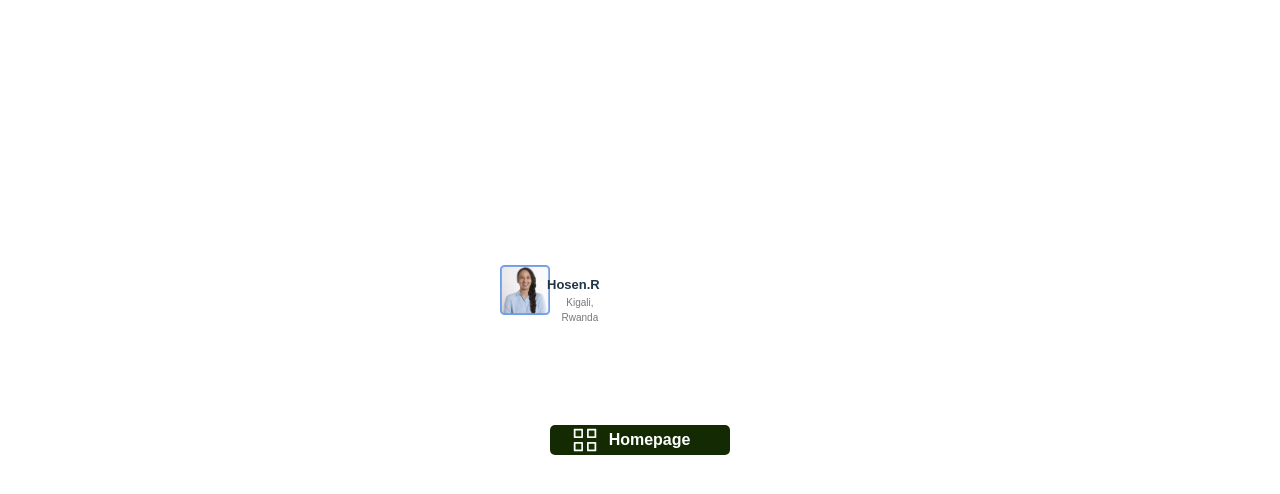
Repository: Auda-frontend/Kenshikeza
Page: /
An editor plug-in stored every save of this project. The page is shown before and after the next save, followed by the edit.
The browser window is 1280 px wide. The pictures show the whole page.
The project was rebuilt for these pictures with package versions that can differ from the ones it lists, and the page was loaded fresh each time. Also part of the build but not shown: vite.config.js.

Above is the page before, as saved 2024-01-25 09:46:51.

### src/App.jsx
import './App.css'
import SideBar from './Components/SideBar'

function App() {
  return (
    <div>
      <SideBar />
    </div>
  )
}

export default App

### src/Components/SideBar.jsx
import React from "react";
import Profile from "../assets/Rectangle 79.png";
import './SideBar.css';
import HomeIcon from "../assets/ep_menu.png";

function SideBar() {
  return (
    <div className="container">
    <div className="leftSide">
<div className="profile">
      <img src={Profile} alt="Profile photo" className="profilePhoto" />
      <div className="desc">
      <h2 className="names">Hosen.R</h2>
      <p>Kigali, Rwanda</p>
      </div>
      </div>
      <div className="homepage">
        <img src={HomeIcon} alt="Menu icon" className="homeIcon" />
        <h2>Homepage</h2>
      </div>
    </div>
    </div>
  );
}

export default SideBar;

### src/Components/SideBar.css
*{
    margin: 0;
    padding: 0;
    box-sizing: border-box;
    font-family: sans-serif;
}
.container{
    padding: 0;
}
.leftSide{
    display: flex;
    max-width: 25%;
    max-height: 100%;
    flex-direction: column;
    gap: 100px;
}
.leftSide .profilePhoto{
    float: left;
    width: 50px;
    height: 50px;
    margin-left: -50px;
    margin-right: 10px;
}
.profile{
    display: flex;
    flex-direction: row;
}
.desc{
    display: table-column;
    align-items: center;
    padding-top: 10px;
    /* padding: 5px;
    background-color: aqua; */
}
.desc .names{
    font-size: small;
    margin-left: -13px;
}
.desc p{
    font-size: x-small;
    color: rgb(121, 118, 118)
}
.homepage{
background-color: #132A02;
width: 180px;
display: flex;
align-items: center;
border-radius: 5px;
justify-content: space-around;
}
.homepage .homeIcon{
    width: 30px;
    float: left;
    margin-left: -20px;
}
.homepage h2{
    color: white;
    font-size: medium;
    margin-left: -70px;
}

Loaded but not shown: index.html (common file); src/main.jsx (common file); src/index.css (common file); src/App.css (common file)

After the next save:
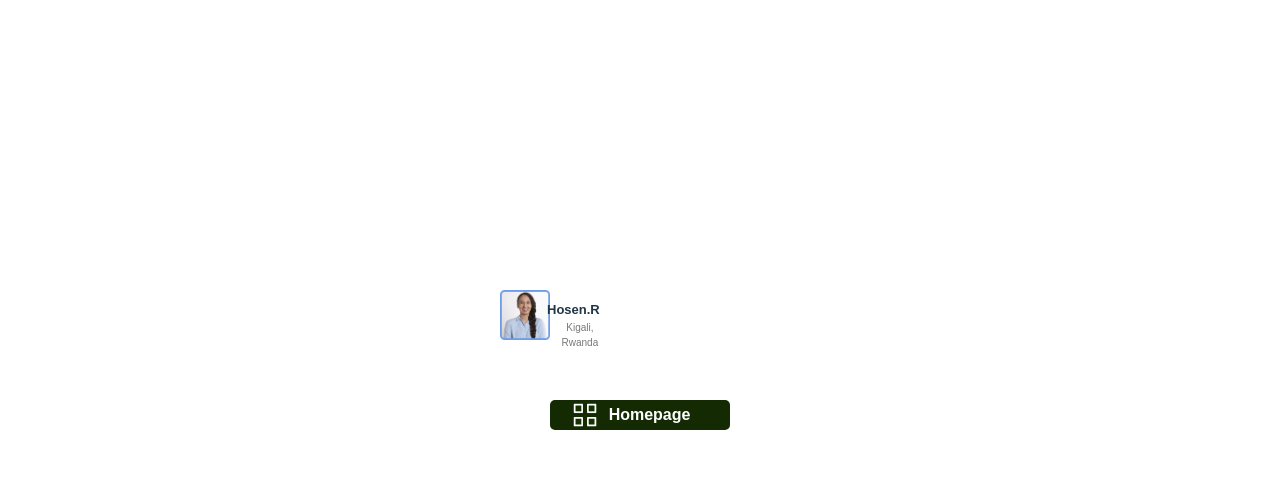
Saved 11 s later.
--- a/src/Components/SideBar.css
+++ b/src/Components/SideBar.css
@@ -12,7 +12,7 @@
     max-width: 25%;
     max-height: 100%;
     flex-direction: column;
-    gap: 100px;
+    gap: 50px;
 }
 .leftSide .profilePhoto{
     float: left;
